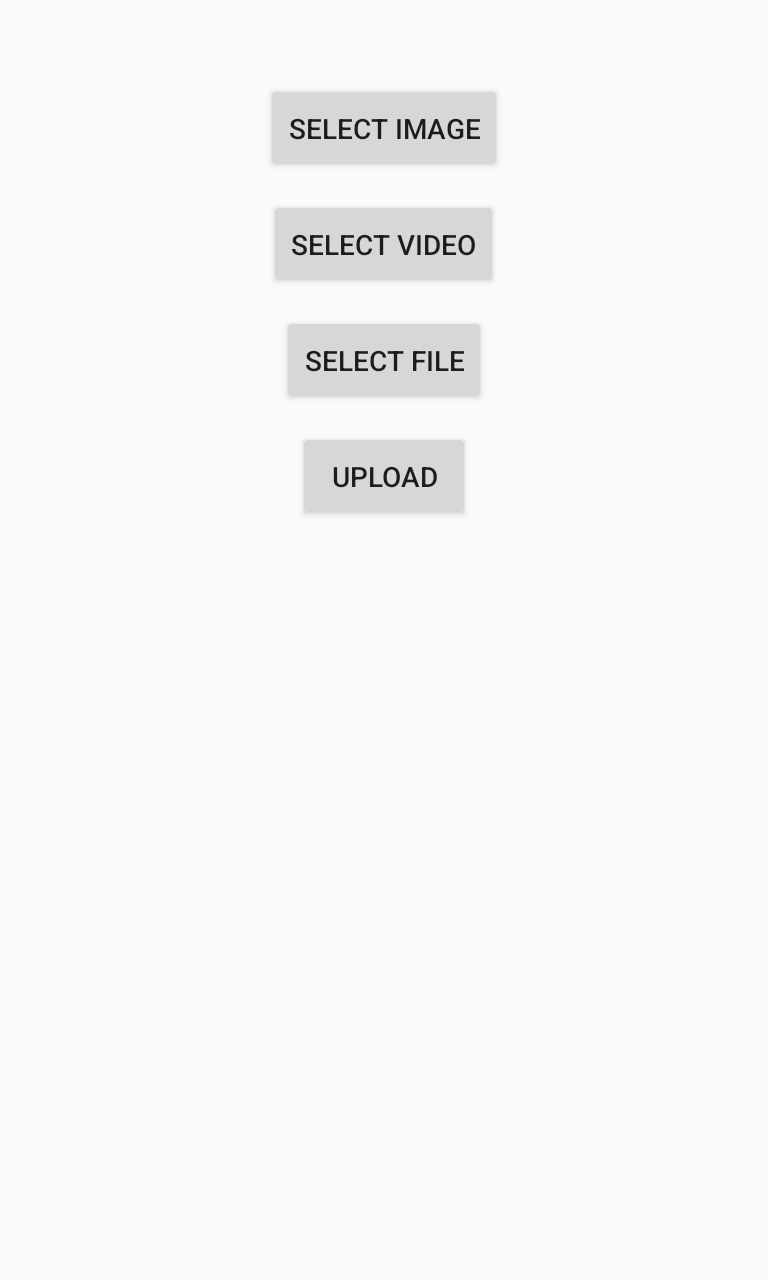
Repository: BLiuBLiu/android_file_upload
Layout: ImageUploadTest/res/layout/activity_main.xml
An editor plug-in stored every save of this project. The layout is shown before and after the next save, followed by the edit.
It is drawn on a 768 x 1280 px phone screen (xhdpi) without system bars, with theme AppTheme; the app's code is not run.

Above is the layout before, as saved 2015-10-17 09:07:13.

### ImageUploadTest/res/layout/activity_main.xml
<RelativeLayout xmlns:android="http://schemas.android.com/apk/res/android"
    xmlns:tools="http://schemas.android.com/tools"
    android:layout_width="match_parent"
    android:layout_height="match_parent"
    tools:context="com.example.imageuploadtest.MainActivity" >

    <Button
        android:id="@+id/btn_select"
        android:layout_width="wrap_content"
        android:layout_height="wrap_content"
        android:layout_alignParentTop="true"
        android:layout_centerHorizontal="true"
        android:layout_marginTop="40dp"
        android:gravity="center"
        android:text="Select Image" />

    <Button
        android:id="@+id/btn_select_video"
        android:layout_width="wrap_content"
        android:layout_height="wrap_content"
        android:layout_below="@+id/btn_select"
        android:layout_marginTop="10dp"
         android:layout_centerHorizontal="true"
        android:gravity="center"
        android:text="Select Video" />

    <Button
        android:id="@+id/btn_file"
        android:layout_width="wrap_content"
        android:layout_height="wrap_content"
        android:layout_below="@+id/btn_select_video"
        android:layout_marginTop="10dp"
        android:gravity="center"
         android:layout_centerHorizontal="true"
        android:text="Select File" />

    <Button
        android:id="@+id/btn_upload"
        android:layout_width="wrap_content"
        android:layout_height="wrap_content"
        android:layout_below="@+id/btn_file"
        android:layout_marginTop="10dp"
         android:layout_centerHorizontal="true"
        android:gravity="center"
        android:text="Upload" />

  </RelativeLayout>

Loaded but not shown: ImageUploadTest/res/values/styles.xml (common file); ImageUploadTest/res/values-v11/styles.xml (common file); ImageUploadTest/res/values-v14/styles.xml (common file)

After the next save:
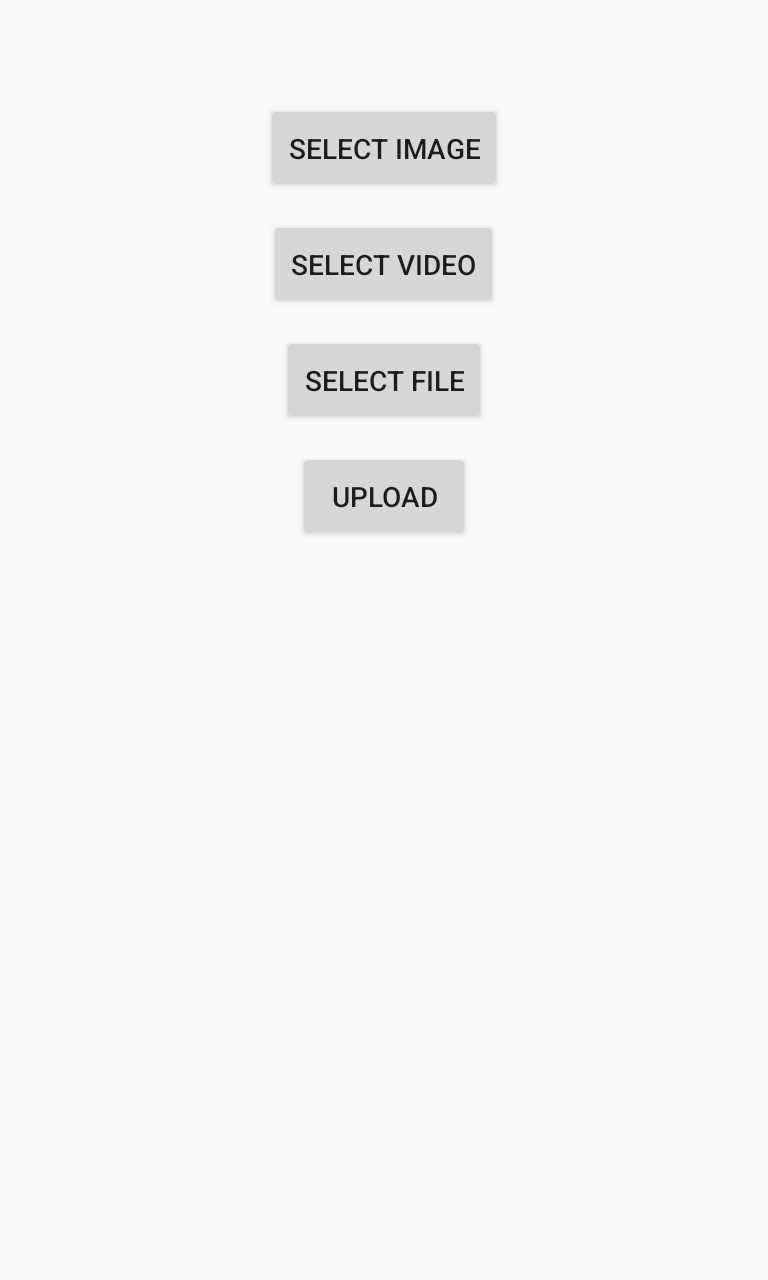
Saved 14 s later.
--- a/ImageUploadTest/res/layout/activity_main.xml
+++ b/ImageUploadTest/res/layout/activity_main.xml
@@ -10,7 +10,7 @@
         android:layout_height="wrap_content"
         android:layout_alignParentTop="true"
         android:layout_centerHorizontal="true"
-        android:layout_marginTop="40dp"
+        android:layout_marginTop="50dp"
         android:gravity="center"
         android:text="Select Image" />
 
